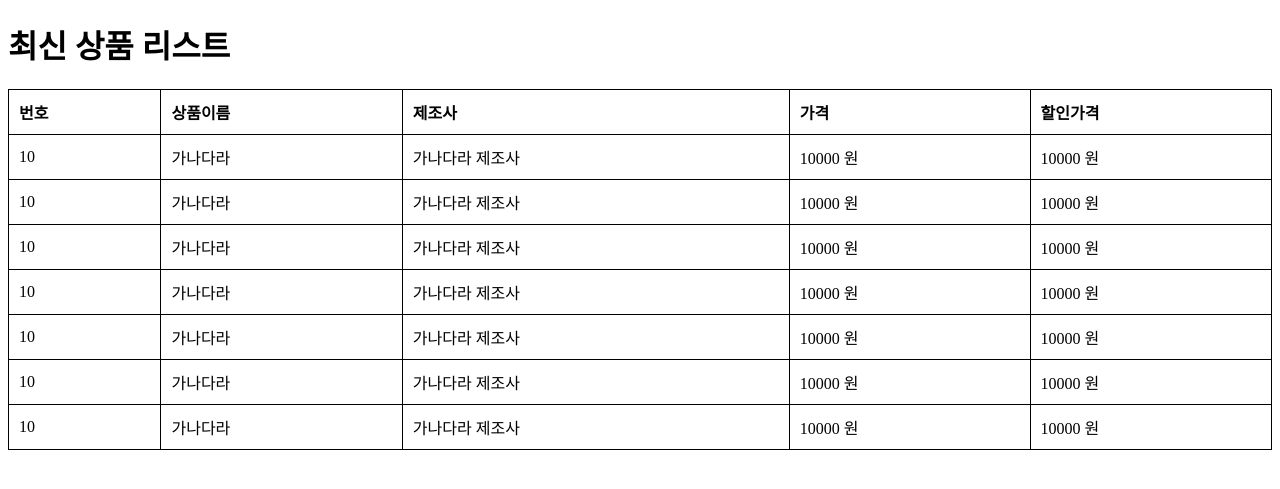
Repository: benpark0613/basic
Page: http://localhost/sample/product/list.jsp
An editor plug-in stored every save of this project. The page is shown before and after the next save, followed by the edit.
The browser window is 1280 px wide. The pictures show the whole page.
The page is served by Tomcat 9.

Above is the page before, as saved 2021-11-09 05:37:38.

After the next save:
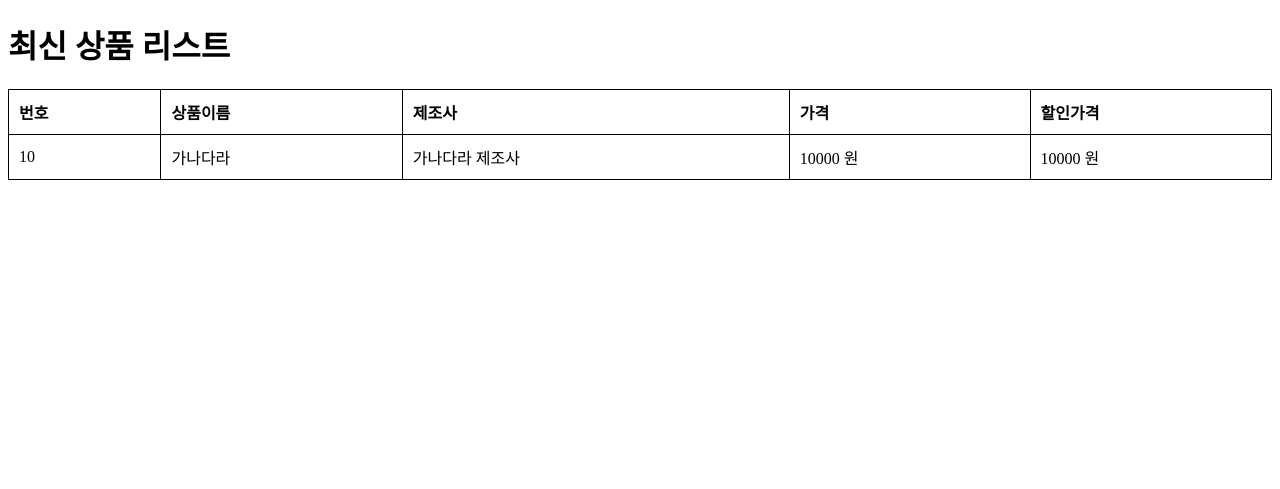
Saved 42 s later.
--- a/HR_app/sample/src/main/webapp/product/list.jsp
+++ b/HR_app/sample/src/main/webapp/product/list.jsp
@@ -34,6 +34,7 @@
             new Product(80, "크레파스", "모나미", 25000, 2300, 10, "판매중", new Date()),
             new Product(90, "수채화물감", "모나미", 35000, 32000, 10, "판매중", new Date()));
 	%>
+
 	<table>
 		<thead>
 			<tr>
@@ -52,48 +53,6 @@
 				<td>10000 원</td>
 				<td>10000 원</td>
 			</tr>
-			<tr>
-				<td>10</td>
-				<td>가나다라</td>
-				<td>가나다라 제조사</td>
-				<td>10000 원</td>
-				<td>10000 원</td>
-			</tr>
-			<tr>
-				<td>10</td>
-				<td>가나다라</td>
-				<td>가나다라 제조사</td>
-				<td>10000 원</td>
-				<td>10000 원</td>
-			</tr>
-			<tr>
-				<td>10</td>
-				<td>가나다라</td>
-				<td>가나다라 제조사</td>
-				<td>10000 원</td>
-				<td>10000 원</td>
-			</tr>
-			<tr>
-				<td>10</td>
-				<td>가나다라</td>
-				<td>가나다라 제조사</td>
-				<td>10000 원</td>
-				<td>10000 원</td>
-			</tr>
-			<tr>
-				<td>10</td>
-				<td>가나다라</td>
-				<td>가나다라 제조사</td>
-				<td>10000 원</td>
-				<td>10000 원</td>
-			</tr>
-			<tr>
-				<td>10</td>
-				<td>가나다라</td>
-				<td>가나다라 제조사</td>
-				<td>10000 원</td>
-				<td>10000 원</td>
-			</tr>
 		</tbody>
 	</table>
 </body>
